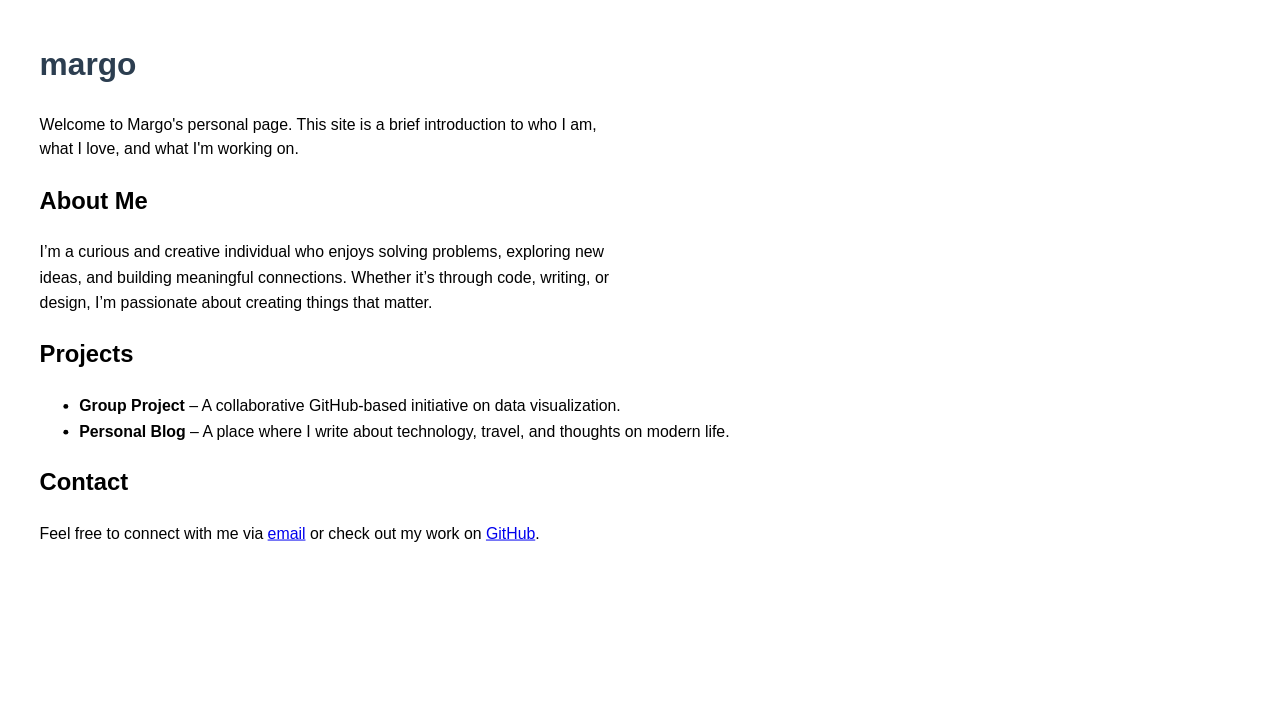
Repository: margo-m-chen/group_project
Page: my_file.html
These files come from the project's save history. The page is drawn as it stood at one moment and after the next save; the edit follows.
The browser window is 1280 px wide. The pictures show the whole page, at 99% of full size.

Above is the page before, as saved 2025-07-18 12:00:56.

After the next save:
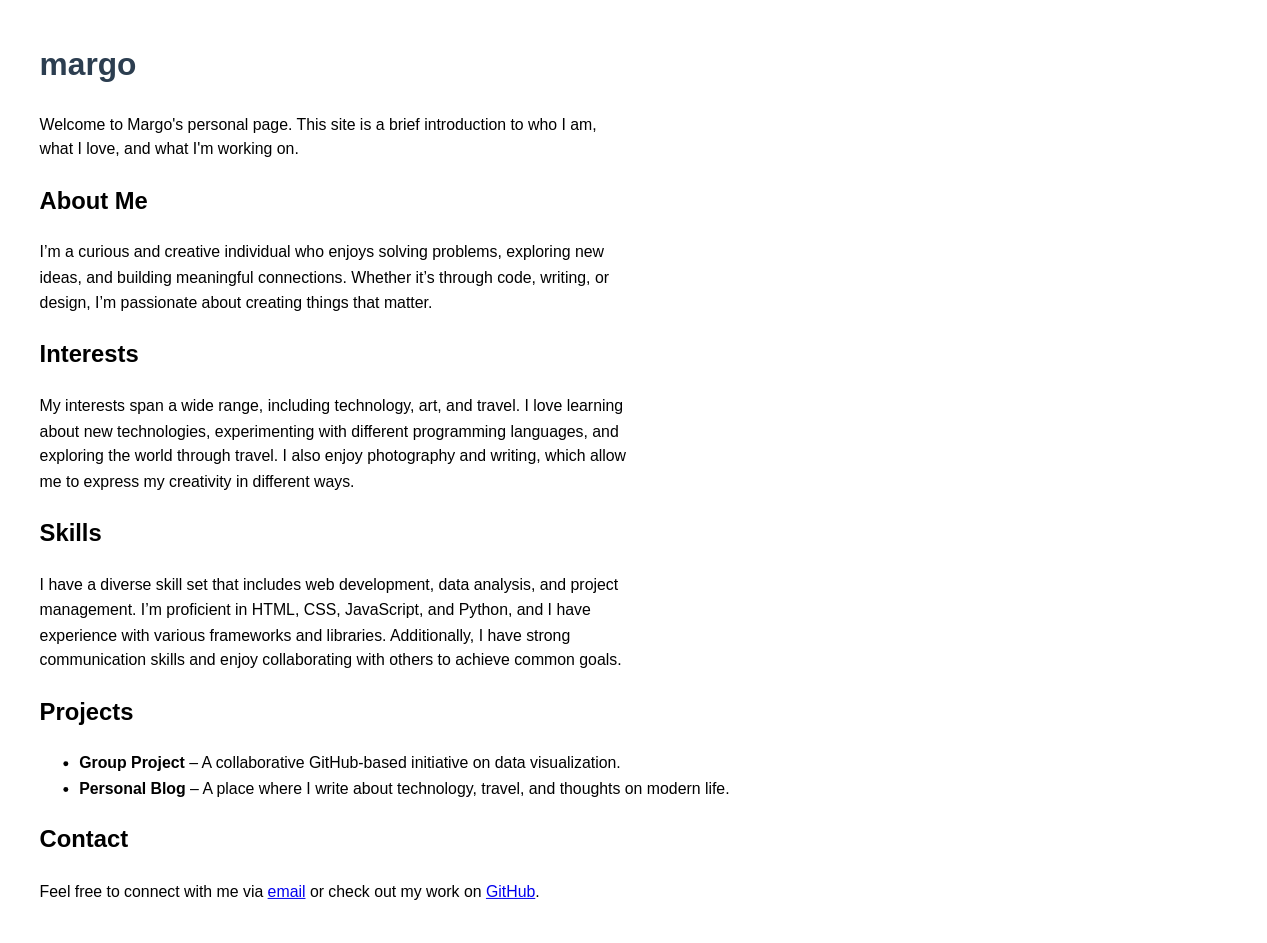
Saved 103 min 7 s later.
--- a/my_file.html
+++ b/my_file.html
@@ -33,6 +33,25 @@
         connections.
         Whether it’s through code, writing, or design, I’m passionate about creating things that matter.
     </p>
+    <h2>Interests</h2>
+    <p>
+        My interests span a wide range, including technology, art, and travel. I love learning about new technologies,
+        experimenting with different programming languages, and exploring the world through travel.
+        I also enjoy photography and writing, which allow me to express my creativity in different ways.
+    </p>
+    <h2>Skills</h2>
+    <p>
+        I have a diverse skill set that includes web development, data analysis, and project management. I’m proficient
+        in
+        HTML, CSS, JavaScript, and Python, and I have experience with various frameworks and libraries.
+        Additionally, I have strong communication skills and enjoy collaborating with others to achieve common goals.
+
+    </p>
+
+
+
+
+
     <h2>Projects</h2>
     <ul>
         <li><strong>Group Project</strong> – A collaborative GitHub-based initiative on data visualization.</li>
@@ -41,7 +60,7 @@
     </ul>
     <h2>Contact</h2>
     <p>
-        Feel free to connect with me via <a href="mailto:margo@example.com">email</a> or check out my work on <a
+        Feel free to connect with me via <a href="mailto:margo.m.chen@hsbc.com.cn">email</a> or check out my work on <a
             href="https://github.com/margo-m-chen" target="_blank">GitHub</a>.
     </p>
 </body>
